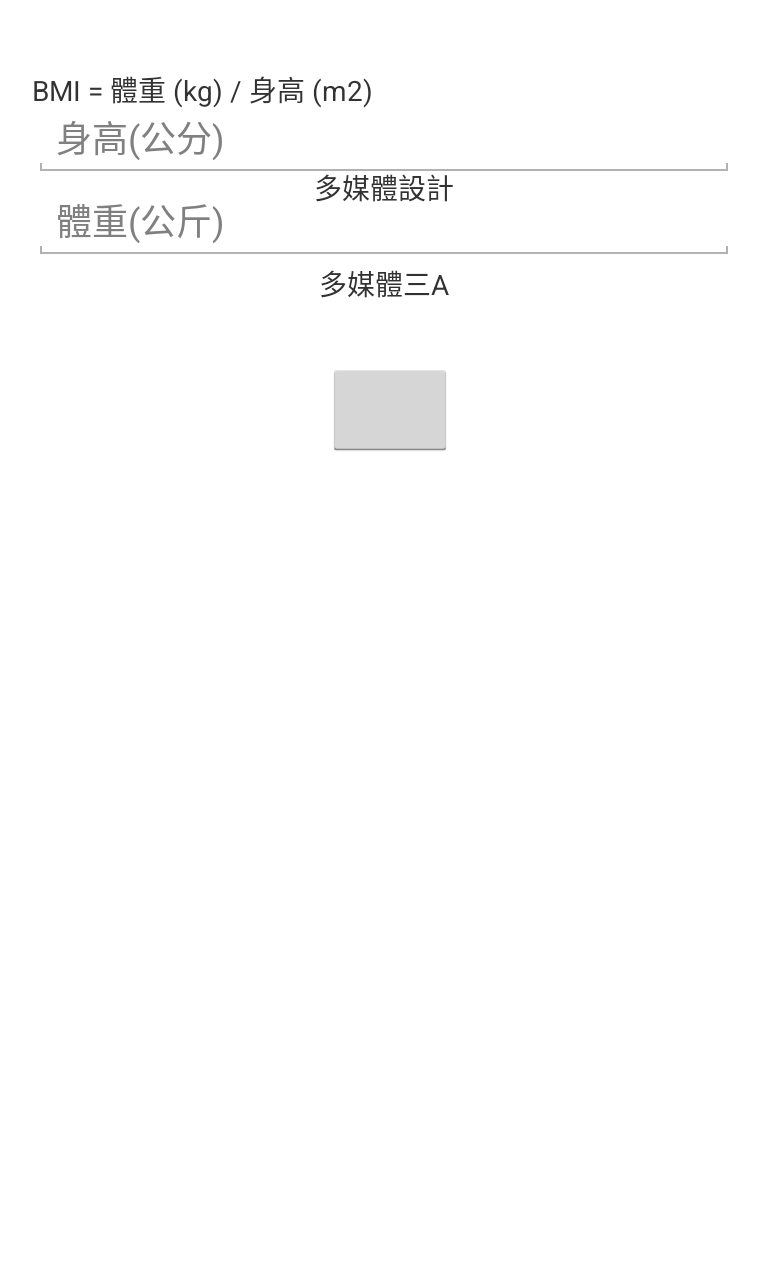
Repository: ericluo1123/myAndroidCode
Layout: myAndroidProject/res/layout/activity_main.xml
The author's editor kept a copy of each file at every save. The layout is drawn from the files as they stood at one save, then again after the next save.
It is drawn on a 768 x 1280 px phone screen (xhdpi) without system bars, with theme AppTheme; the app's code is not run.

Above is the layout before, as saved 2014-09-26 05:43:10.

### myAndroidProject/res/layout/activity_main.xml
<RelativeLayout xmlns:android="http://schemas.android.com/apk/res/android"
    xmlns:tools="http://schemas.android.com/tools"
    android:layout_width="match_parent"
    android:layout_height="match_parent"
    android:paddingBottom="@dimen/activity_vertical_margin"
    android:paddingLeft="@dimen/activity_horizontal_margin"
    android:paddingRight="@dimen/activity_horizontal_margin"
    android:paddingTop="@dimen/activity_vertical_margin"
    tools:context="com.example.myandroidproject.MainActivity" >

    <TextView
        android:id="@+id/textView1"
        android:layout_width="wrap_content"
        android:layout_height="wrap_content"
        android:layout_below="@+id/textView2"
        android:layout_centerHorizontal="true"
        android:layout_marginTop="28dp"
        android:text="多媒體設計" />

    <TextView
        android:id="@+id/textView3"
        android:layout_width="wrap_content"
        android:layout_height="wrap_content"
        android:layout_below="@+id/textView1"
        android:layout_centerHorizontal="true"
        android:layout_marginTop="27dp"
        android:text="@string/Text" />

    <Button
        android:id="@+id/button1"
        android:layout_width="wrap_content"
        android:layout_height="wrap_content"
        android:layout_alignRight="@+id/textView1"
        android:layout_below="@+id/textView3"
        android:layout_marginTop="29dp" />

    <EditText
        android:id="@+id/editText1"
        android:layout_width="match_parent"
        android:layout_height="wrap_content"
        android:layout_alignParentTop="true"
        android:layout_centerHorizontal="true"
        android:layout_marginTop="32dp"
        android:ems="10"
        android:hint="身高(公分)" />

    <EditText
        android:id="@+id/EditText01"
        android:layout_width="match_parent"
        android:layout_height="wrap_content"
        android:layout_alignLeft="@+id/editText1"
        android:layout_below="@+id/editText1"
        android:ems="10"
        android:hint="體重(公斤)" />

    <TextView
        android:id="@+id/textView2"
        android:layout_width="match_parent"
        android:layout_height="wrap_content"
        android:layout_alignParentTop="true"
        android:layout_centerHorizontal="true"
        android:layout_marginTop="18dp"
        android:text="BMI = 體重 (kg) / 身高 (m2)" />

</RelativeLayout>

### myAndroidProject/res/values/strings.xml
<?xml version="1.0" encoding="utf-8"?>
<resources>

    <string name="app_name">myAndroidProject</string>
    <string name="hello_world">my first android mobile app</string>
    <string name="action_settings">Settings</string>
    <string name="Text">多媒體三A</string>
    <string name="test">123</string>

</resources>

Loaded but not shown: myAndroidProject/res/values/styles.xml (common file); myAndroidProject/res/values-v11/styles.xml (common file); myAndroidProject/res/values-v14/styles.xml (common file); myAndroidProject/res/values/dimens.xml (common file); myAndroidProject/res/values-w820dp/dimens.xml (common file)

After the next save:
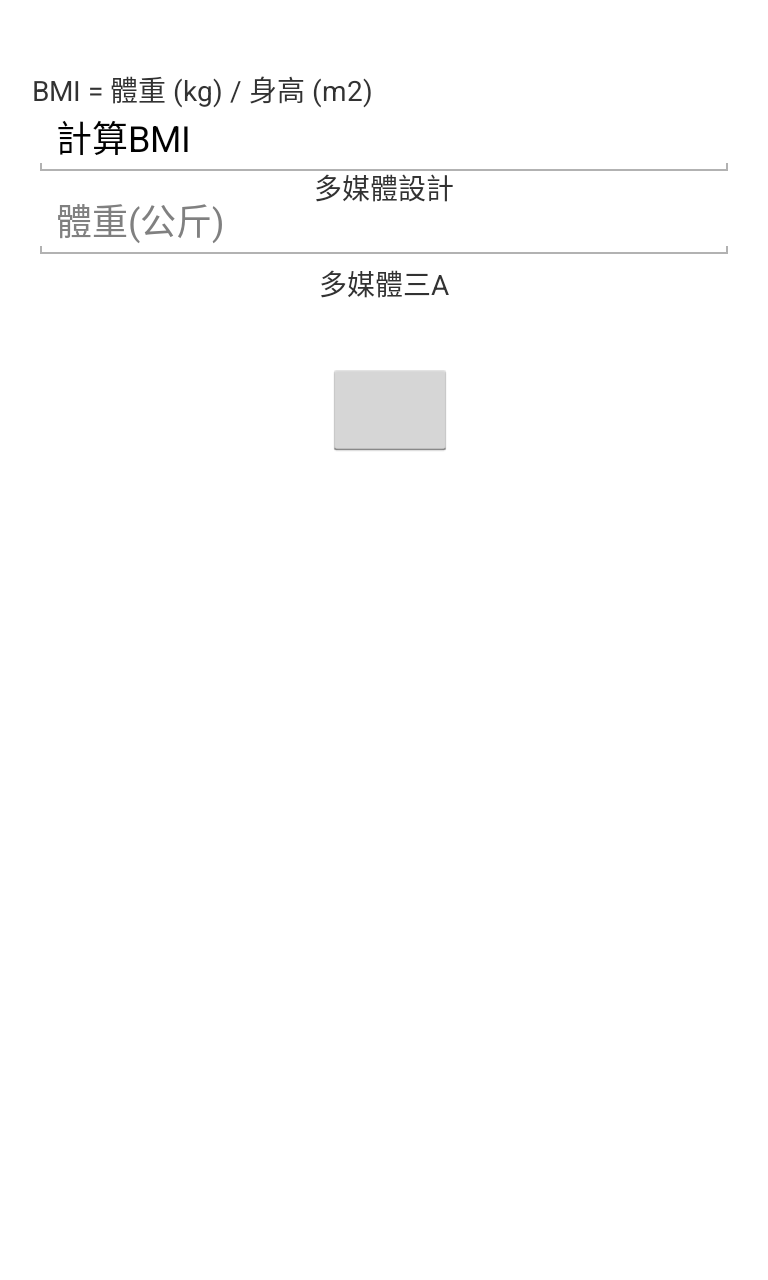
Saved 2 min 35 s later.
--- a/myAndroidProject/res/layout/activity_main.xml
+++ b/myAndroidProject/res/layout/activity_main.xml
@@ -42,7 +42,8 @@
         android:layout_centerHorizontal="true"
         android:layout_marginTop="32dp"
         android:ems="10"
-        android:hint="身高(公分)" />
+        android:hint="身高(公分)"
+        android:text="計算BMI" />
 
     <EditText
         android:id="@+id/EditText01"
